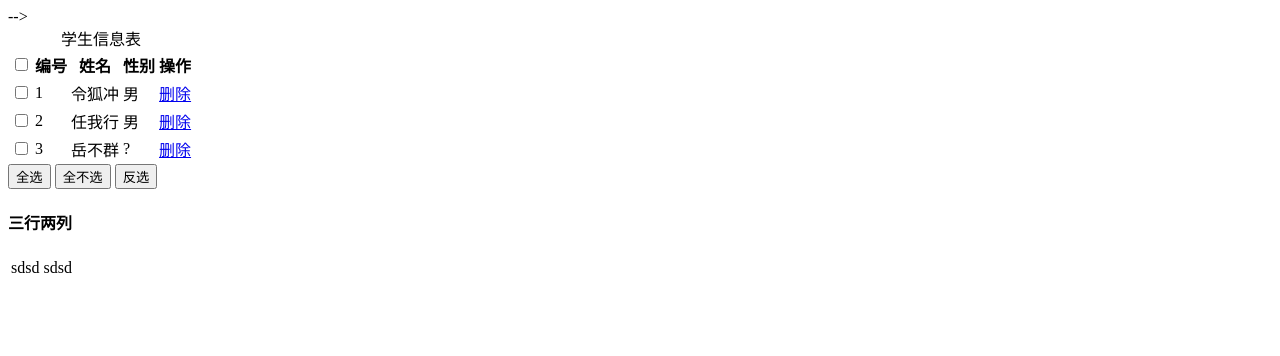
Repository: N1connys/person
Page: review.html
The author's editor kept a copy of each file at every save. The page is drawn from the files as they stood at one save, then again after the next save.
The browser window is 1280 px wide. The pictures show the whole page.

Above is the page before, as saved 2023-02-21 10:04:31.
Console error: ReferenceError: n is not defined

### review.html
<!DOCTYPE html>
<html lang="en">
<head>
    <meta charset="UTF-8">
    <meta http-equiv="X-UA-Compatible" content="IE=edge">
    <meta name="viewport" content="width=device-width, initial-scale=1.0">
    <title>Document</title>
</head>
<body>
    <!-- <form action="">
First name: <input type="text" name="firstname"><br>
Last name: <input type="password" name="lastname">
</form>
<textarea name="11" id="11" cols="30" rows="10">kfjsdfksahfs</textarea>
< col 列数，row 行数 -->
<!-- 复选框 -->
<!-- <input type="checkbox" name="111" value="dasdasd" checked="checked">
<form action="save.php" method="post" >
    <label> 爱好 :</label>
    <select>
    <option value=" 看书 "> 看书 </option>
    <option value=" 旅游 " > 旅游 </option>
    <option value=" 运动 "selected="selected"> 运动 </option>
    <option value=" 购物 "> 购物 </option>
    </select>
    <input type="submit" value="tijiao">
    <input type="reset" value="chongzhi">
</form> --> -->


    <table>
        <caption>学生信息表</caption>
        <tr>
            <th><input type="checkbox" name="cb" id="firstcb"></th>
            <th>编号</th>
            <th>姓名</th>
            <th>性别</th>
            <th>操作</th>
        </tr>

        <tr>
            <td><input type="checkbox" name="cb"></td>
            <td>1</td>
            <td>令狐冲</td>
            <td>男</td>
            <td><a href="javascript:void(0);" onclick="miss(this)">删除</a></td>
        </tr>

        <tr>
            <td><input type="checkbox" name="cb"></td>
            <td>2</td>
            <td>任我行</td>
            <td>男</td>
            <td><a href="javascript:void(0);" onclick="miss(this)">删除</a></td>
        </tr>

        <tr>
            <td><input type="checkbox" name="cb"></td>
            <td>3</td>
            <td>岳不群</td>
            <td>?</td>
            <td><a href="javascript:void(0);" onclick="miss(this)">删除</a></td>
        </tr>

    </table>
    <div>
        <input type="button" id="selectAll" value="全选">
        <input type="button" id="unSelectAll" value="全不选">
        <input type="button" id="selectRev" value="反选">
    </div>
   <!-- table ,tr 是行，td是列-->
   <h4>三行两列</h4>
   <table>
    <tr>
        <td>sdsd</td>
        <td>sdsd</td>
    </tr>
   </table>
</body>
    <script>

        window.onload  = function(){
            document.getElementById("selectAll").onclick = function(){
                var cbs = document.getElementsByName("cb");
                for (var i = 0; i < cbs.length; i++) {
                    cbs[i].checked = true;
                }

            }
        }
        document.getElementById("unSelectAll").onclick=function()
        {
            var cbs=document.getElementsByName("cb");
            for(var i=0;i<cbs.length;i++)
            {
                cbs[i].checked=!cbs[i].checked;
            }
        }
        document.getElementById("selectRev").onclick=function()
        {
            var cbs =document.getElementsByName("cb");
            for(var i=0;i<cbs.length;i++)
            {
                cbs[i].checked=false;
            }
        }
        // var n=Number(prompt("请输入一个数"));
var jc=1;
for(var j=n;j>=1;j--){//利用循环从n一直乘到1，算出n的阶乘
	jc=jc*j;
}
// alert(jc)

    </script>

</html>

After the next save:
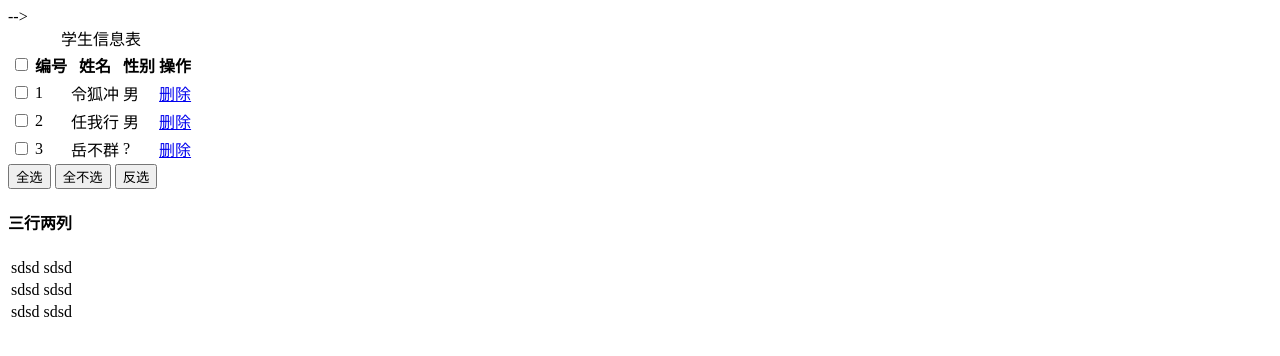
Saved 6 s later.
--- a/review.html
+++ b/review.html
@@ -75,6 +75,14 @@ Last name: <input type="password" name="lastname">
         <td>sdsd</td>
         <td>sdsd</td>
     </tr>
+    <tr>
+        <td>sdsd</td>
+        <td>sdsd</td>
+    </tr>
+    <tr>
+        <td>sdsd</td>
+        <td>sdsd</td>
+    </tr>
    </table>
 </body>
     <script>
